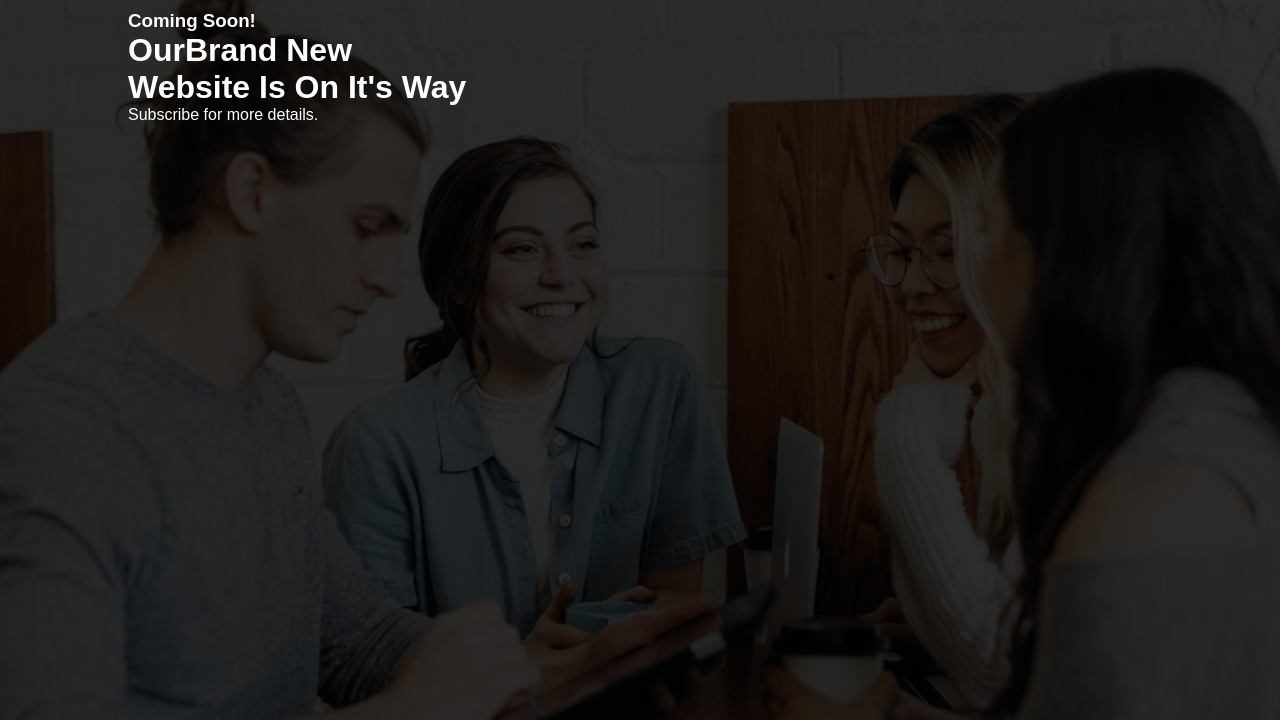
Repository: AbdullahOwais-Dev/Email-Subscription
Page: index.html
The author's editor kept a copy of each file at every save. The page is drawn from the files as they stood at one save, then again after a run of saves.
The browser window is 1280 px wide. The pictures show the whole page.

Above is the page before, as saved 2025-02-07 23:34:45.

After the next 4 saves:
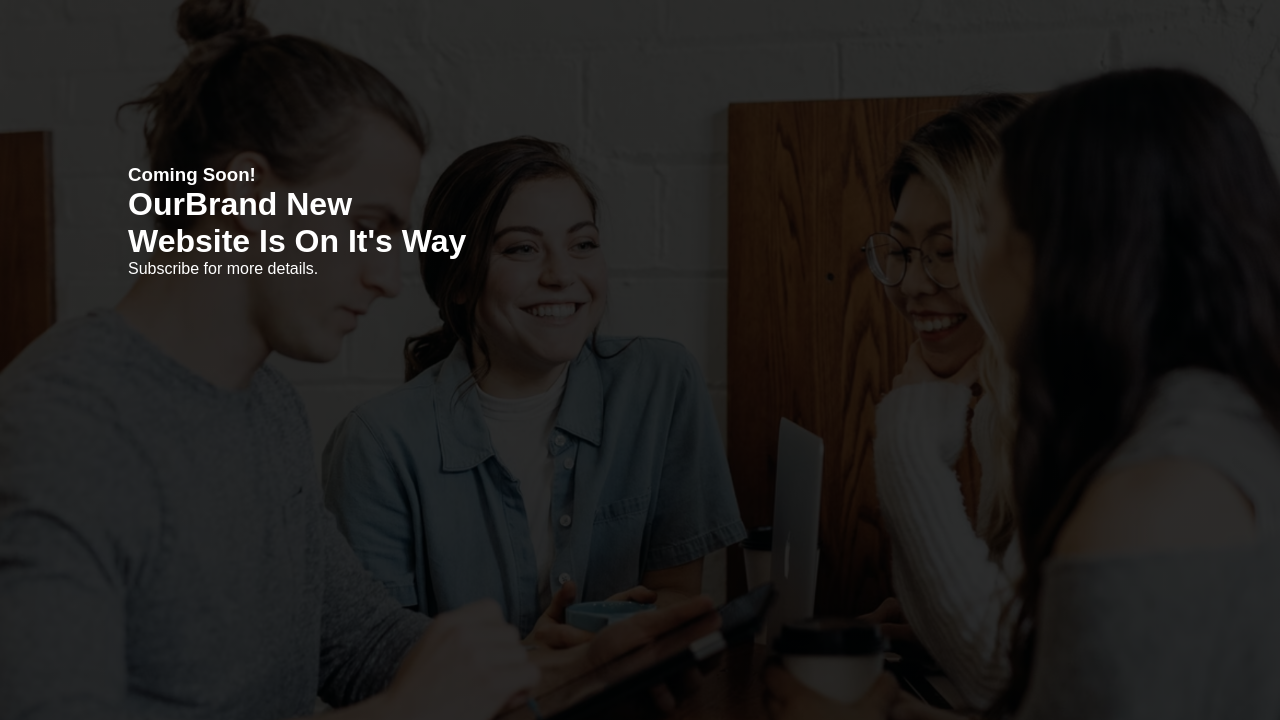
The 4 saves are shown as one change because they came seconds apart.
The last was saved 31 s later.
--- a/style.css
+++ b/style.css
@@ -13,3 +13,7 @@
     padding: 10px 10%;
     color: #fff;
 }
+.hero h3{
+    margin-top: 15%;
+
+}
